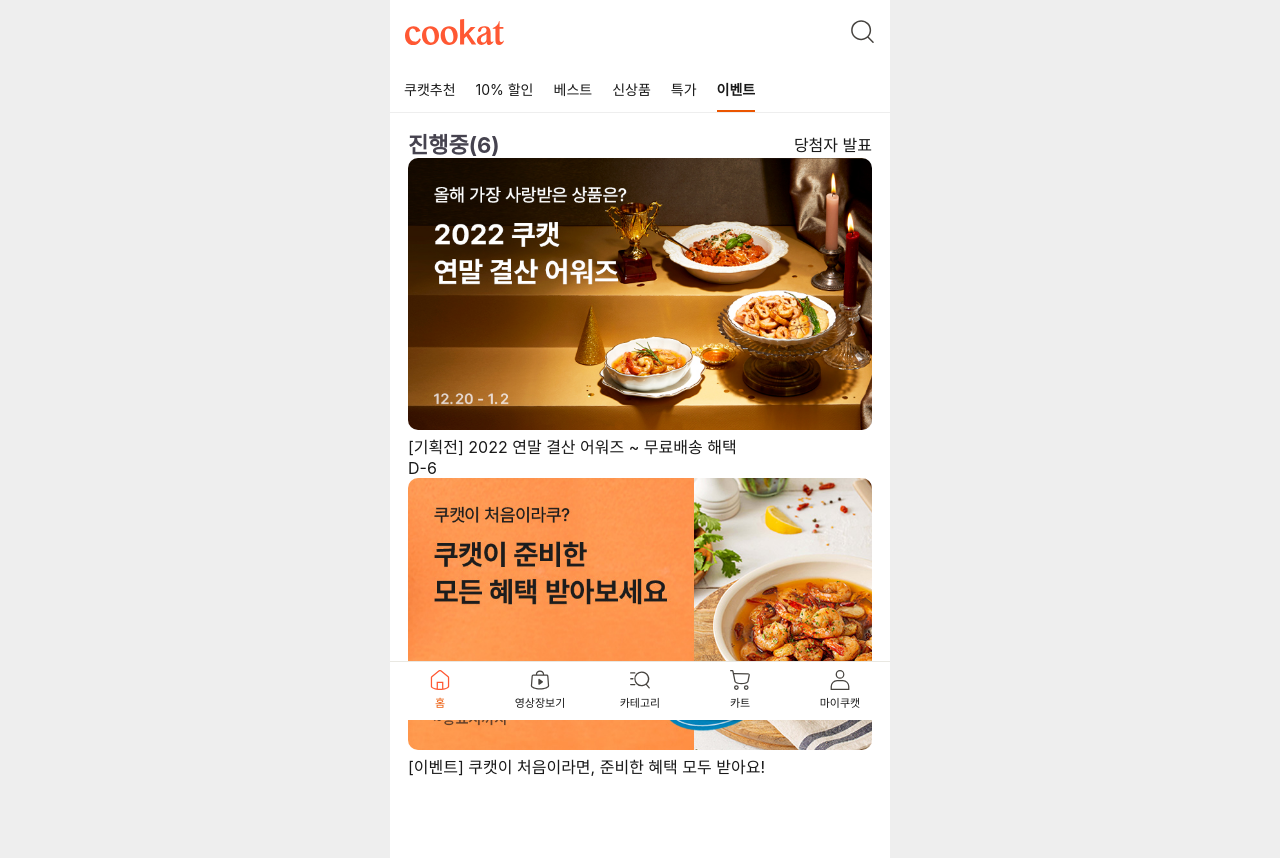
Repository: CooKat/Cookat
Page: event.html
An editor plug-in stored every save of this project. The page is shown before and after the next save, followed by the edit.
The browser window is 1280 px wide. The pictures show the part of the page from y = 0 to 858 px (the page is 2327 px tall before and 1647 px after).
Pictures or frames that could not be fetched are drawn as grey boxes. A picture or video elsewhere on the page could not be fetched, so the positions and the page height are approximate. Some web fonts or font styles are not loaded; a fallback is used.

Above is the page before, as saved 2022-12-27 20:42:46.
Not found: js/ex1.js

After the next save:
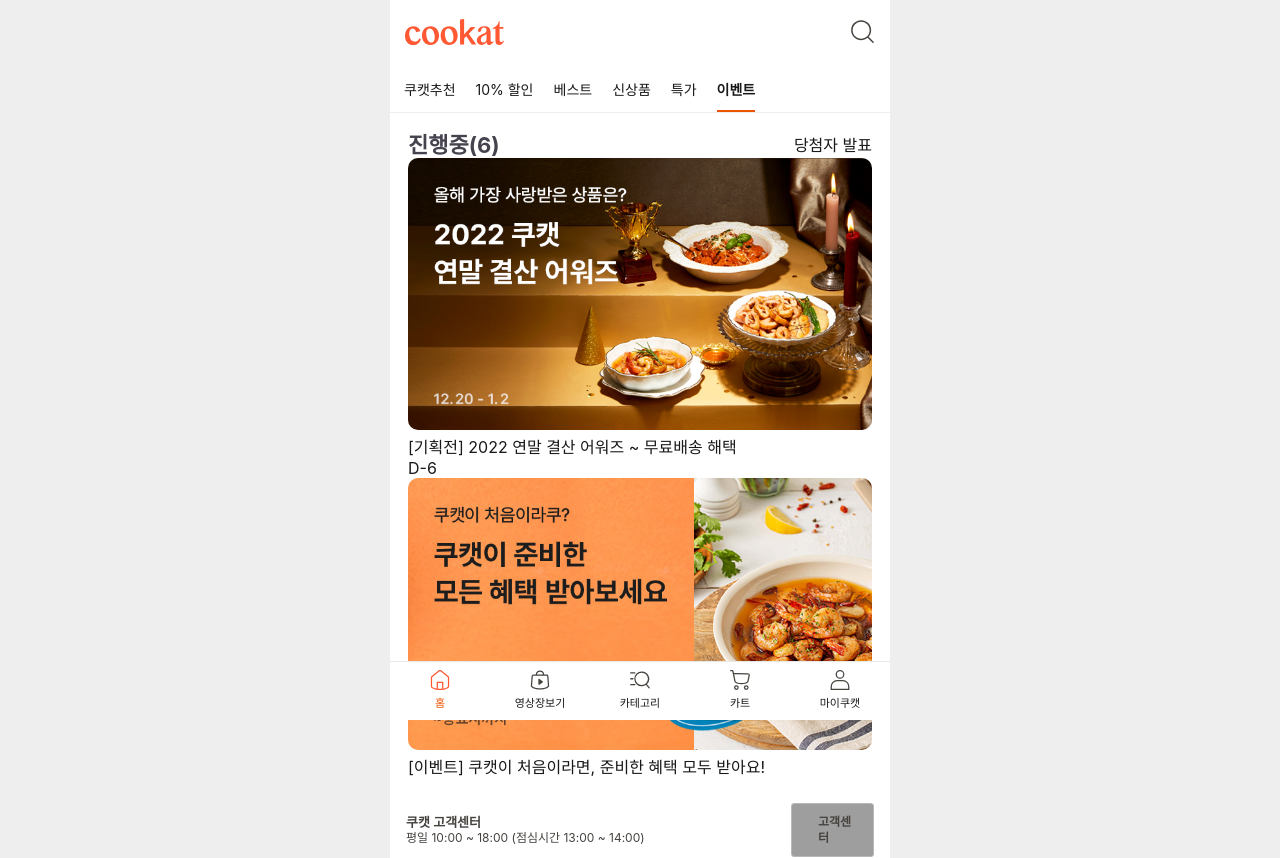
Saved 4 s later.
--- a/css/event.css
+++ b/css/event.css
@@ -3,7 +3,7 @@
 }
 .event{
   margin-top: 20px;
-  margin-bottom: 700px;
+  margin-bottom: 20px;
 }
 
 .event-ing{
